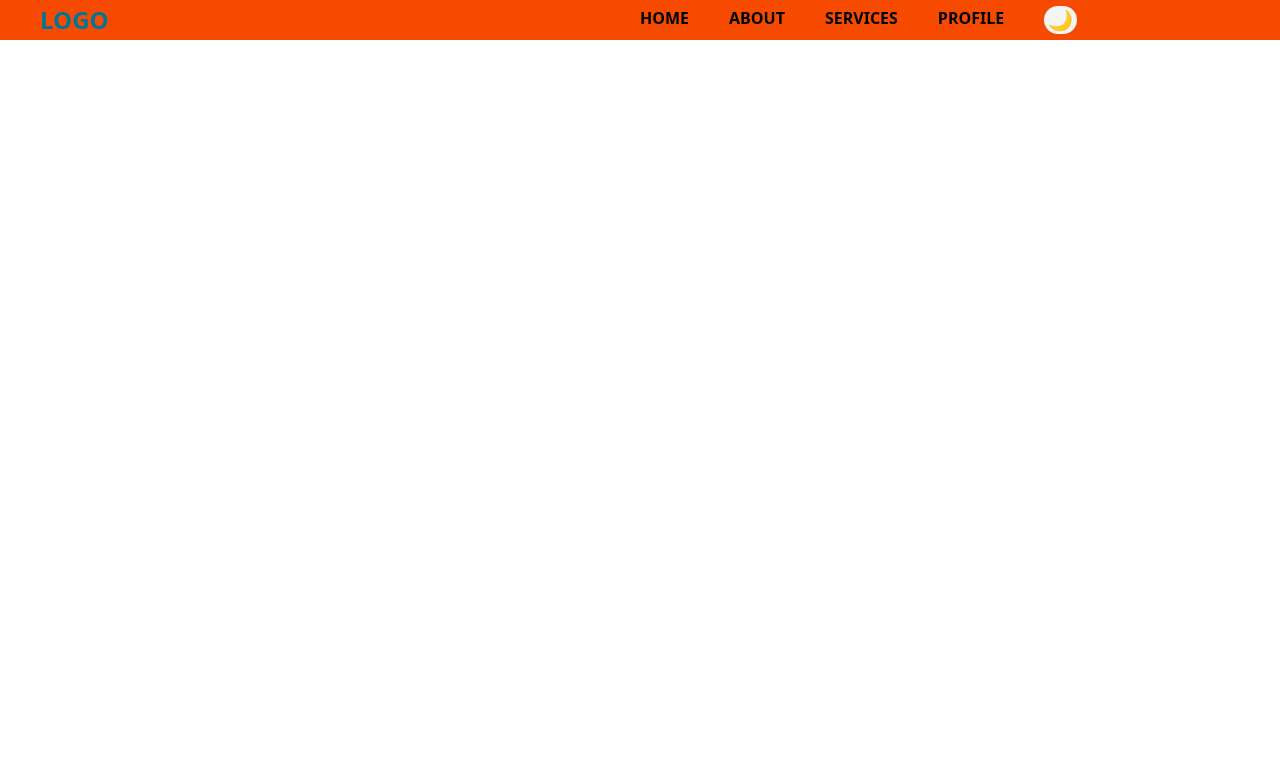
Repository: ajay-maurya-dev/Login
Page: /
These files come from the project's save history. The page is drawn as it stood at one moment and after a run of saves; the edit follows.
The browser window is 1280 px wide. The pictures show the whole page.
The project was rebuilt for these pictures with package versions that can differ from the ones it lists, and the page was loaded fresh each time. Also part of the build but not shown: vite.config.js.

Above is the page before, as saved 2026-10-23 23:50:09.

### index.html
<!doctype html>
<html lang="en">
  <head>
    <meta charset="UTF-8" />
    <link rel="icon" type="image/svg+xml" href="/favicon.svg" />
    <meta name="viewport" content="width=device-width, initial-scale=1.0" />
    <title>homepage</title>
  </head>
  <body>
    <div id="root"></div>
    <script type="module" src="/src/main.jsx"></script>
  </body>
</html>

### src/main.jsx
import { StrictMode } from 'react'
import { createRoot } from 'react-dom/client'
import './index.css'
import App from './App.jsx'
import Navbar from './components/Navbar.jsx'

createRoot(document.getElementById('root')).render(
  <StrictMode>
    <Navbar/>
    <App />

  </StrictMode>,
)

### src/App.jsx
function App() {
  return (
    <div className="h-screen w-screen dark:bg-black dark:text-white">

    </div>
  );
}

export default App;

### src/components/Navbar.jsx

import Dark from "./Dark";

function Navbar() {


  return (
    <nav className="flex md:flex-row md:items-center md:h-10 md:w-full px-10 dark:bg-black dark:text-white md:bg-orange-600 sm:h-full sm:flex-col sm:w-4/7 sm:items-start sm:bg-amber-600">
      <div className=" flex-1 text-2xl text-cyan-700 font-extrabold">LOGO</div>
      <div className="flex flex-1 gap-10 test-2xl font-bold md:flex-row sm:flex-col ">
        <h3 className="cursor-pointer hover:text-cyan-500 active:scale-95 ">
          HOME
        </h3>
        <h3 className="cursor-pointer hover:text-cyan-500 active:scale-95">
          ABOUT
        </h3>
        <h3 className="cursor-pointer hover:text-cyan-500 active:scale-95">
          SERVICES
        </h3>
        <h3 className="cursor-pointer hover:text-cyan-500 active:scale-95">
          PROFILE
        </h3>
        <Dark/>
      </div>
    </nav>
  );
}

export default Navbar;

### src/components/Dark.jsx
import { useState, useEffect } from "react";

export default function Dark() {
  const [isDark, setIsDark] = useState(false);

  // Sync the true/false state to the HTML document tag
  useEffect(() => {
    const root = window.document.documentElement;
    if (isDark) {
      root.classList.add("dark");
    } else {
      root.classList.remove("dark");
    }
  }, [isDark]);

  return (
    <button
      className="px-1 text-xl rounded-full bg-neutral-100 dark:bg-neutral-800 transition-colors duration-200"
      onClick={() => setIsDark((prev) => !prev)}
    >
      {isDark ? "☀️" : "🌙"}
    </button>
  );
}

### src/components/footer.jsx


function Footer() {
  return (
    <div>
        <footer>
            <h1>THE CONTENT ARCHITECTURE</h1>
        </footer>
    </div>
  )
}

export default Footer

Loaded but not shown: src/index.css (common file)

After the next 4 saves:
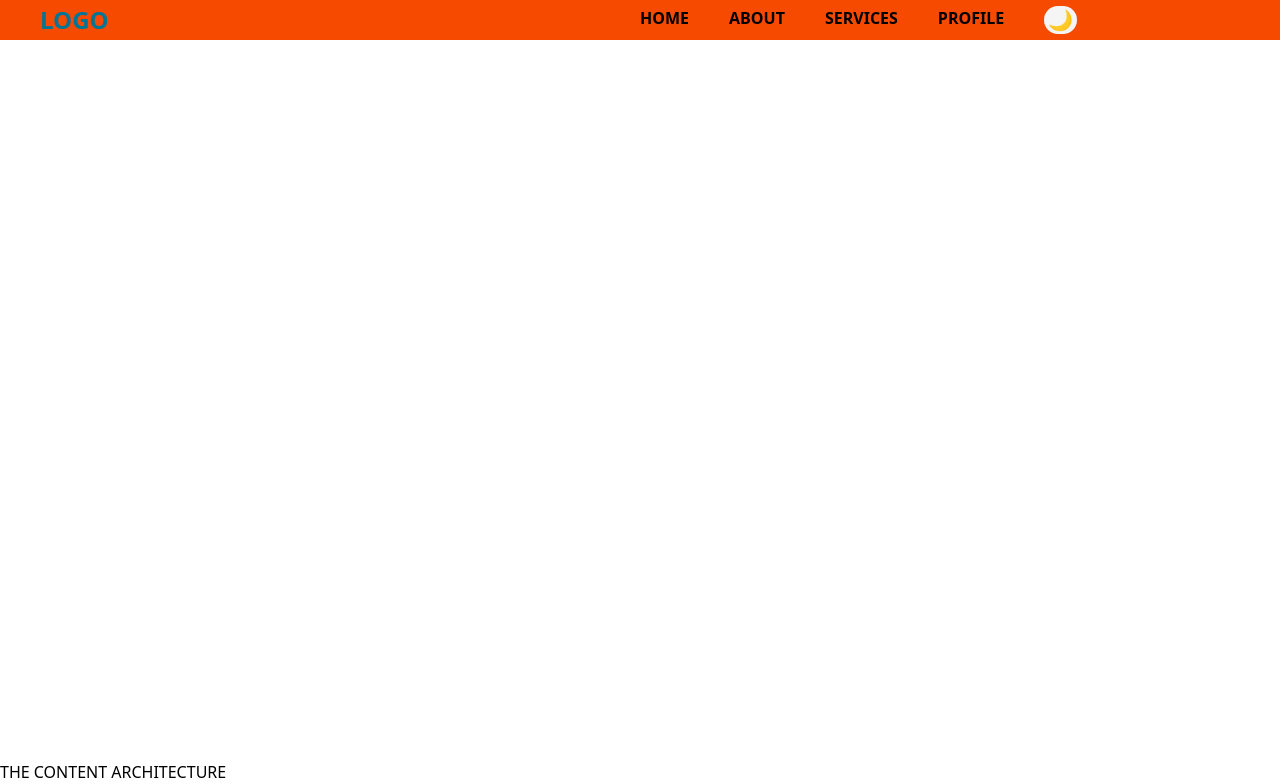
The 4 saves are shown as one change because they came seconds apart.
The last was saved 50 s later.
--- a/src/main.jsx
+++ b/src/main.jsx
@@ -3,11 +3,12 @@ import { createRoot } from 'react-dom/client'
 import './index.css'
 import App from './App.jsx'
 import Navbar from './components/Navbar.jsx'
+import Footer from './components/footer.jsx'
 
 createRoot(document.getElementById('root')).render(
   <StrictMode>
     <Navbar/>
     <App />
-
+    <Footer/>
   </StrictMode>,
 )
